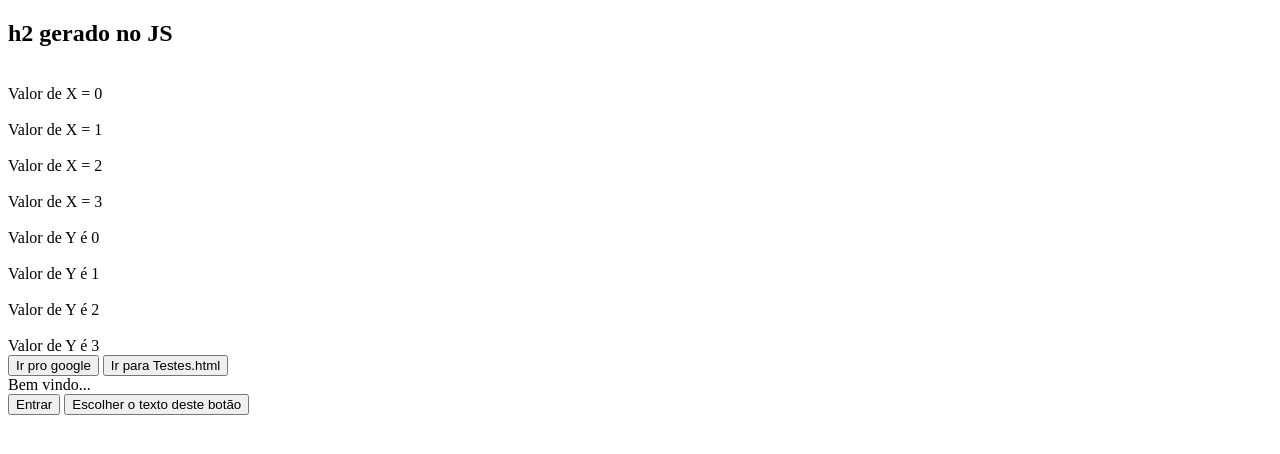
Repository: joaoaspimienta/Testes-e-estudo-de-ReactJS
Page: src/Anotações.html
These files come from the project's save history. The page is drawn as it stood at one moment and after the next save; the edit follows.
The browser window is 1280 px wide. The pictures show the whole page.

Above is the page before, as saved 2021-12-27 20:11:20.

### src/Anotações.html
<!DOCTYPE html>
  <head>
    <title>Anotações</title>
    <script type="text/javascript" src="script.js"></script>
  </head>

  <body>
    <button onClick="window.location.href='https://www.google.com';">Ir pro google</button>

    <button onClick="window.location.href='Testes.html';">Ir para Testes.html</button>

    <div id="area">Bem vindo...</div>

    <button onClick="document.getElementById('area').innerHTML='Bem vindo, ' + prompt('Qual seu nome?')">Entrar</button>
    <!-- document.write("<h1>lol</h1>") -->

    <button onClick="this.innerHTML= prompt('Escolha o nome deste botão')">Escolher o texto deste botão</button>
  </body>
</html>

### src/script.js
//Gerar coisas na tela
document.write("<h2>h2 gerado no JS</h2>")


//Arrays
var userList = ['EMIYA', 'Code', 'Carvalho', 'DrA'];

userList.indexOf('Carvalho') //2
userList.join(' e ') //EMIYA e Code e Carvalho...
userList.pop() //remove DrA
userList.shift() //remove EMIYA
userList.push('Honda') //add Honda no final

if(userList.indexOf('EMIYA') > -1) {
  console.log('Este nome está na lista')
} else {
  console.log('Este nome não está na lista')
}

console.log(userList)


//Loops
x = 0;
while(x <= 3) {
  document.write('</br> Valor de X = ' + x + '</br>')
  x++
}

for(y = 0; y <= 3; y++){
  document.write('</br> Valor de Y é ' + y + '</br>')
}

//Timers

function writeForever(){
  document.write('Escrevendo coisas</br>')
}

After the next save:
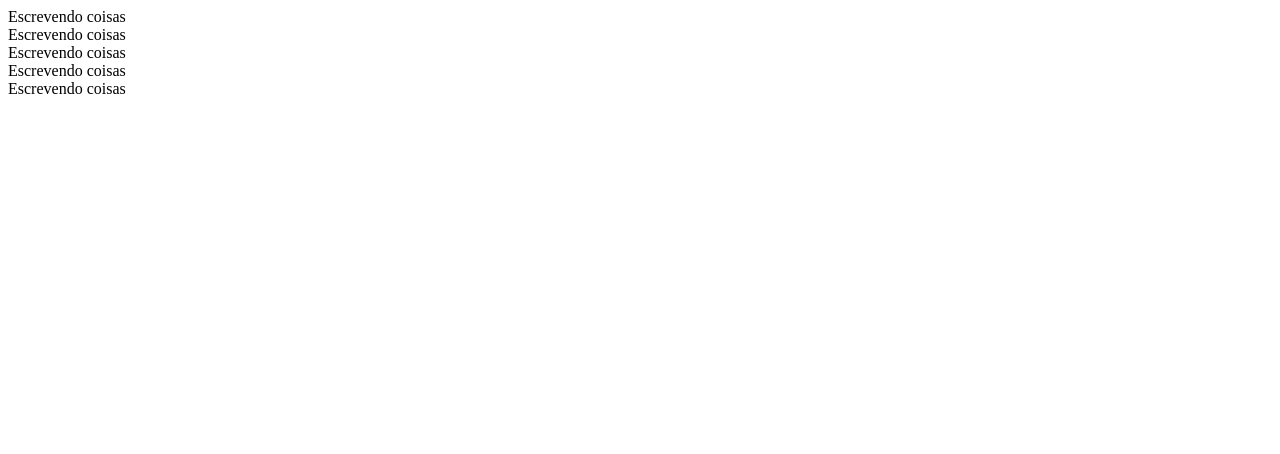
Saved 39 s later.
--- a/src/script.js
+++ b/src/script.js
@@ -32,7 +32,8 @@
 }
 
 //Timers
-
 function writeForever(){
   document.write('Escrevendo coisas</br>')
 }
+
+setInterval(writeForever, 1000)

After the save that followed:
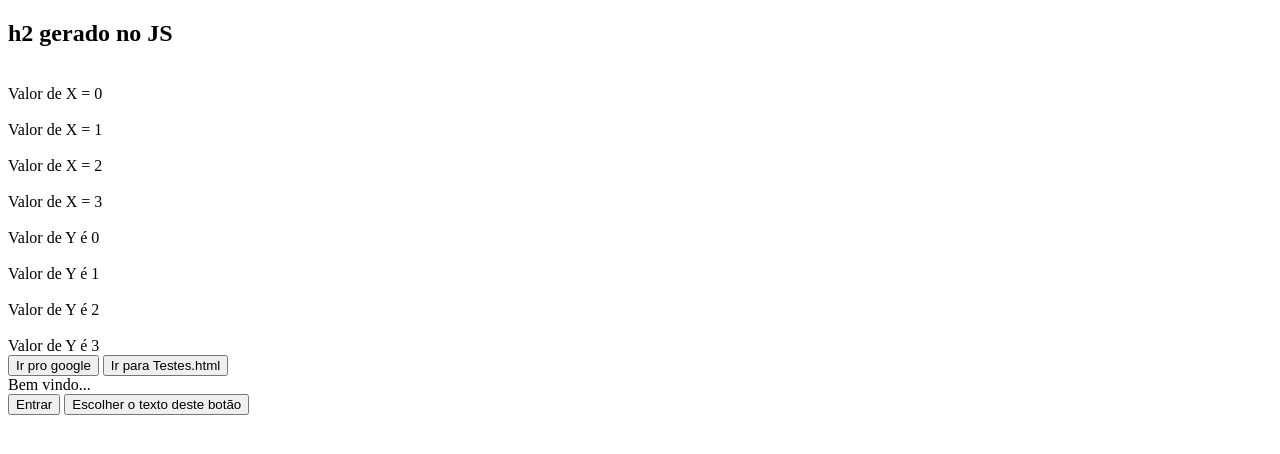
Saved 31 s later.
--- a/src/script.js
+++ b/src/script.js
@@ -36,4 +36,4 @@
   document.write('Escrevendo coisas</br>')
 }
 
-setInterval(writeForever, 1000)
+//setInterval(writeForever, 1000)
